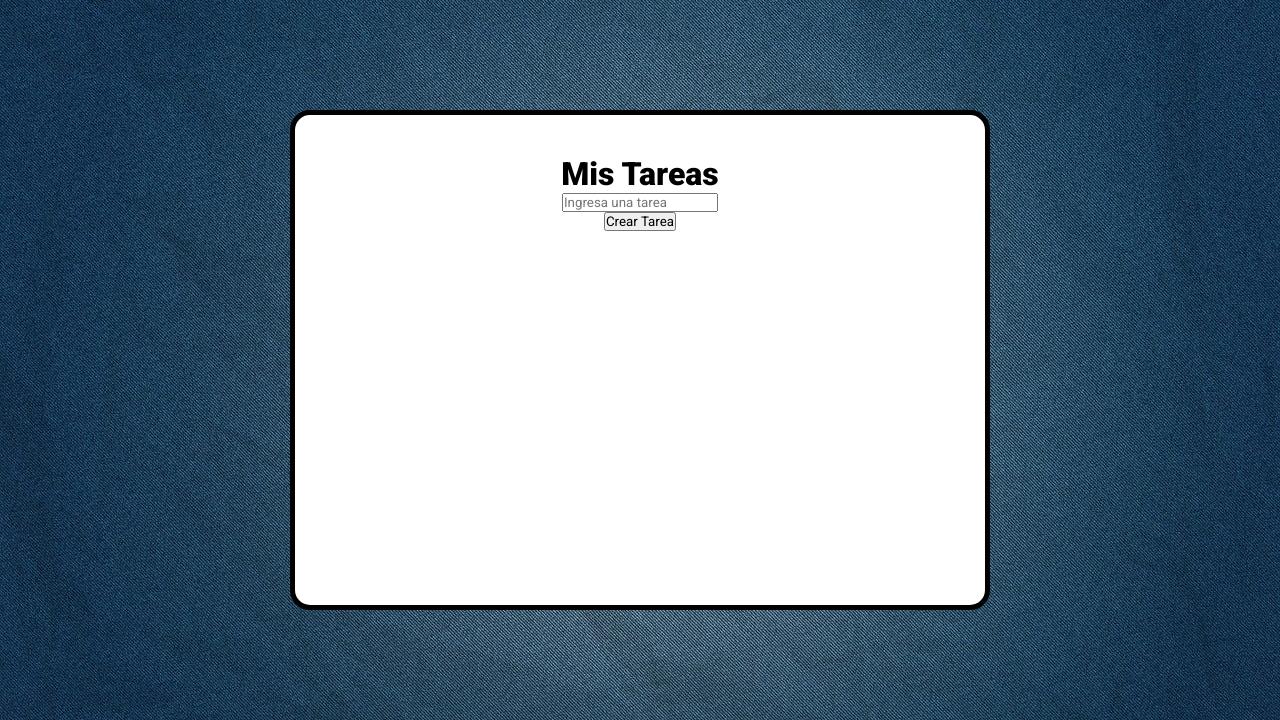
Repository: JoyMoGas/javascript-learn
Page: lista-tareas-pendientes/index.html
These files come from the project's save history. The page is drawn as it stood at one moment and after the next save; the edit follows.
The browser window is 1280 px wide. The pictures show the whole page.

Above is the page before, as saved 2024-05-14 12:05:38.

### lista-tareas-pendientes/index.html
<!DOCTYPE html>
<html lang="es">
  <head>
    <meta charset="UTF-8" />
    <meta name="viewport" content="width=device-width, initial-scale=1.0" />
    <link rel="stylesheet" href="styles.css">
    <title>Lista De Tareas</title>
  </head>
  <body>
    <main class="contenedor">
      <h1>Mis Tareas</h1>
      <input id="ingresar-tarea" placeholder="Ingresa una tarea">
      <button type="submit">Crear Tarea</button>
      <div id="lista-de-tareas">
        <!-- Tareas -->

      </div>
    </main>

    <script src="app.js"></script>
  </body>
</html>

### lista-tareas-pendientes/styles.css
@import url('https://fonts.googleapis.com/css2?family=Roboto:wght@400;900&display=swap');

/* Estilos generales */

* {
  margin: 0;
  padding: 0;
  box-sizing: border-box;
  font-family: 'Roboto', sans-serif;
}

body {
  min-height: 100vh;
  display: flex;
  justify-content: center;
  align-items: center;
  text-align: center;
  padding: 40px 0;
  background: url(images/fondo.jpg) no-repeat center center/ cover;
}

/* Contenedor */

.contenedor {
  width: 700px;
  min-height: 500px;
  background-color: white;
  padding: 40px;
  border: 5px solid black;
  border-radius: 20px;
  display: flex;
  flex-wrap: wrap;
  flex-direction: column;
  align-items: center;
}

Loaded but not shown: lista-tareas-pendientes/app.js (no stored copy; drawn as an empty file)

After the next save:
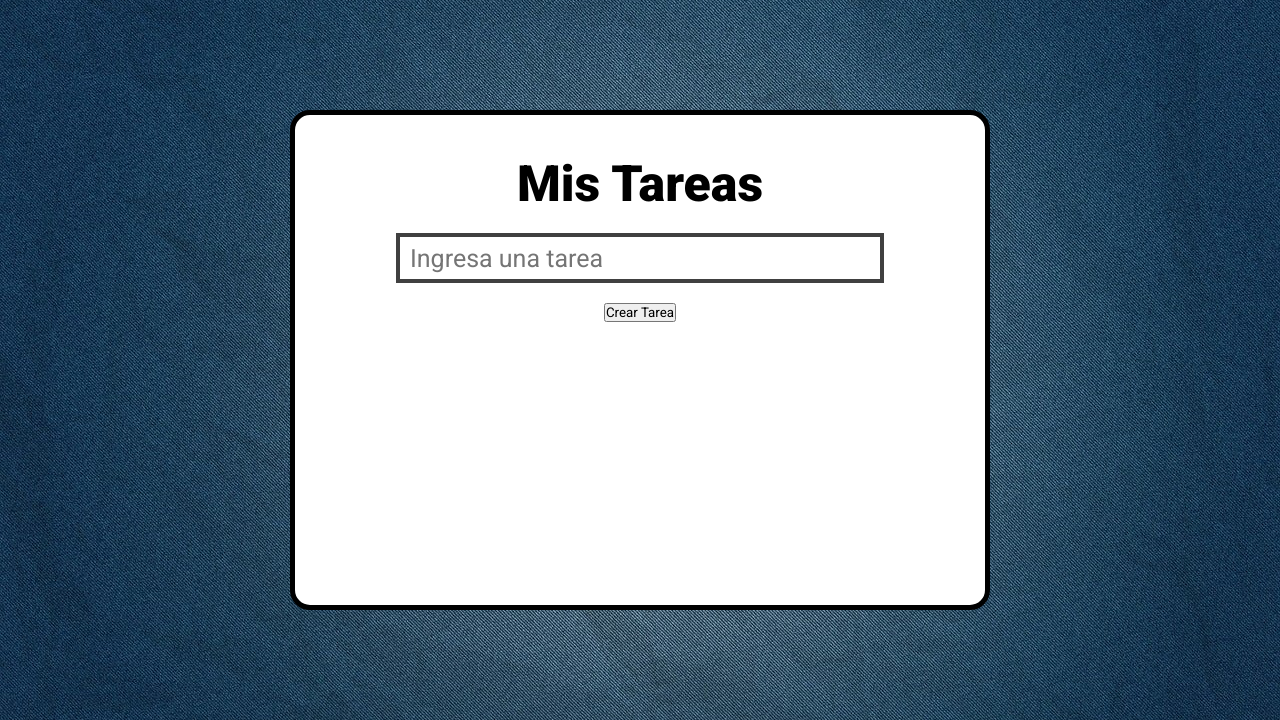
Saved 113 s later.
--- a/lista-tareas-pendientes/styles.css
+++ b/lista-tareas-pendientes/styles.css
@@ -33,3 +33,21 @@ body {
   flex-direction: column;
   align-items: center;
 }
+
+/* Titulo */
+
+h1 {
+  font-size: 50px;
+  font-weight: bold;
+}
+
+/* Input */
+
+input {
+  width: 80%;
+  height: 50px;
+  font-size: 25px;
+  margin: 20px;
+  padding: 10px;
+  border: 4px solid #404040;
+}
